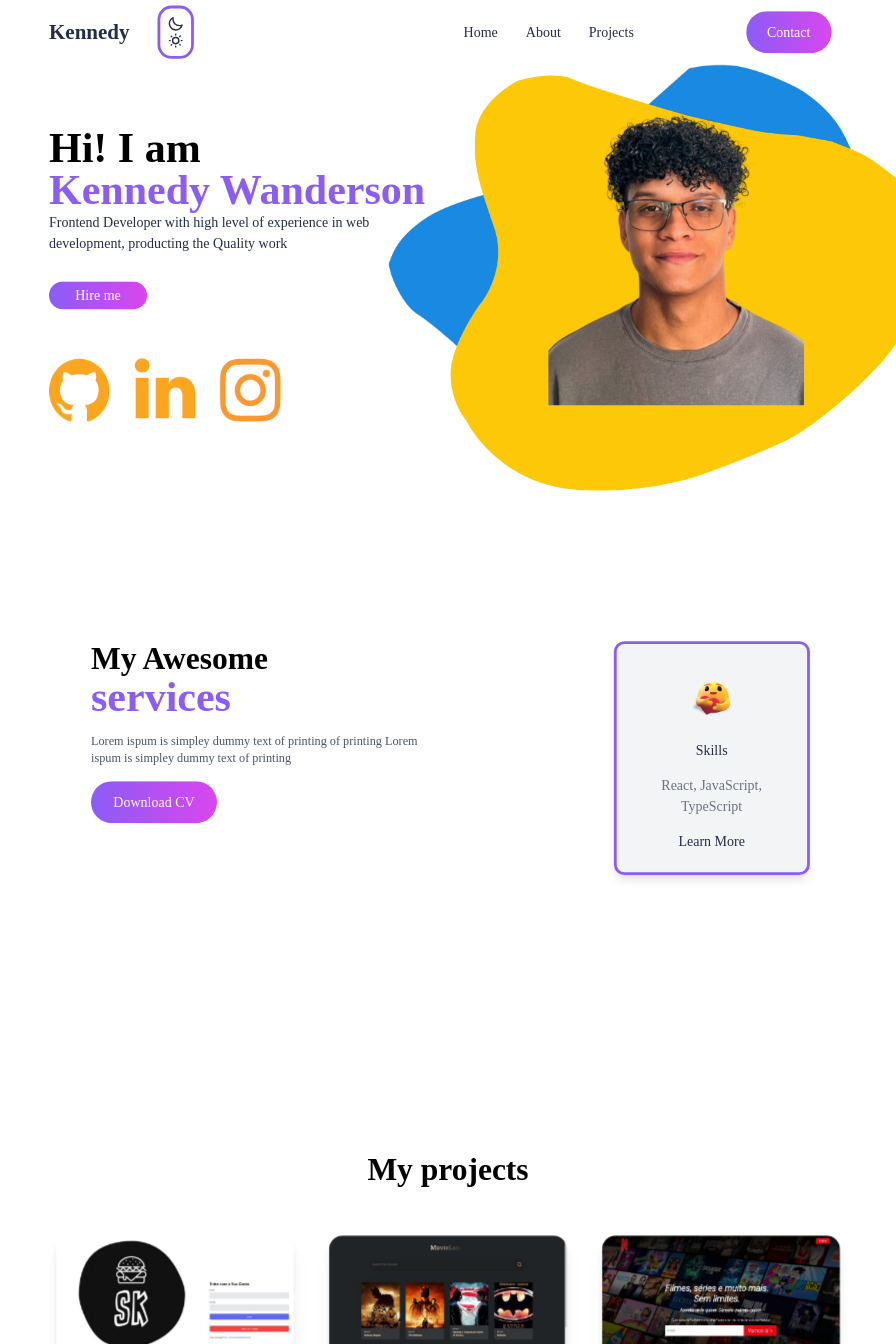
Repository: KennedyWanderson/portfolio
Page: /
An editor plug-in stored every save of this project. The page is shown before and after the next save, followed by the edit.
The browser window is 1280 px wide. The pictures show the part of the page from y = 0 to 1920 px (the page is 3202 px tall), at 70% of full size.
Some web fonts or font styles are not loaded; a fallback is used. The project was rebuilt for these pictures with package versions that can differ from the ones it lists, and the page was loaded fresh each time. Imported but missing from the stored project, and not drawn on this page: src/Components/Services/Kennedy_CV.pdf.

Above is the page before, as saved 2024-01-20 11:03:24.

### public/index.html
<!DOCTYPE html>
<html lang="en">
  <head>
    <meta charset="utf-8" />
    <link rel="icon" href="%PUBLIC_URL%/favicon.ico" />
    <meta name="viewport" content="width=device-width, initial-scale=1" />
    <meta name="theme-color" content="#000000" />
    <meta
      name="description"
      content="Web site created using create-react-app"
    />

    <style>
      @font-face{
        font-family: Gumela;
        src: url('../src/fonts/*');
      }

      *{
        font-family: 'Gumela';
        font-weight: normal;
        font-size: 20px;
      }
      body{
        margin: 0;
      }
    </style>
    <link rel="apple-touch-icon" href="%PUBLIC_URL%/logo192.png" />
    <!--
      manifest.json provides metadata used when your web app is installed on a
      user's mobile device or desktop. See https://developers.google.com/web/fundamentals/web-app-manifest/
    -->
    <link rel="manifest" href="%PUBLIC_URL%/manifest.json" />
    <!--
      Notice the use of %PUBLIC_URL% in the tags above.
      It will be replaced with the URL of the `public` folder during the build.
      Only files inside the `public` folder can be referenced from the HTML.

      Unlike "/favicon.ico" or "favicon.ico", "%PUBLIC_URL%/favicon.ico" will
      work correctly both with client-side routing and a non-root public URL.
      Learn how to configure a non-root public URL by running `npm run build`.
    -->
    <title>React App</title>
  </head>
  <body>
    <noscript>You need to enable JavaScript to run this app.</noscript>
    <div id="root"></div>
    <!--
      This HTML file is a template.
      If you open it directly in the browser, you will see an empty page.

      You can add webfonts, meta tags, or analytics to this file.
      The build step will place the bundled scripts into the <body> tag.

      To begin the development, run `npm start` or `yarn start`.
      To create a production bundle, use `npm run build` or `yarn build`.
    -->
  </body>
</html>

### src/index.css
@import 'tailwindcss/base';
@import 'tailwindcss/components';
@import 'tailwindcss/utilities';

:root
{
  --yellow: #F5C32C;
    --orange : #FCA61F;
    --black : #242D49;
    --gray : #788097;
    --blueCard : #DDF8FE;
    --purple: rgb(238 210 255);
    --boxShadow : 0px 19px 60px rgb(0 0 0 / 8%);
    --orangeCard: rgba(252, 166, 31, 0.45);
    --smboxShadow: -79px 51px 60px rgba(0, 0, 0, 0.08);
}

.App{
    overflow: hidden;
    color: var(--black);
}

### src/App.js
import logo from './logo.svg';
import './App.css';
import './index.css'
import Navbar from './Components/Navbar/Navbar';
import About from './Components/About/About';
import Services from './Components/Services/Services';
import Portfolio from './Components/Portfolio/Portfolio';
import Contact from './Components/Contact/Contact';
import Footer from './Components/Footer/Footer';

function App() {
  return (
    <>
    <div className="App">
      <Navbar />
      <About />
      <Services />
      <Portfolio />
      <Contact />
    </div>
      <Footer />

    </>
  );
}

export default App;

### src/App.css
@import 'tailwindcss/base';
@import 'tailwindcss/components';
@import 'tailwindcss/utilities';

:root
{
  --yellow: #F5C32C;
    --orange : #FCA61F;
    --black : #242D49;
    --gray : #788097;
    --blueCard : #DDF8FE;
    --purple: rgb(238 210 255);
    --boxShadow : 0px 19px 60px rgb(0 0 0 / 8%);
    --orangeCard: rgba(252, 166, 31, 0.45);
    --smboxShadow: -79px 51px 60px rgba(0, 0, 0, 0.08);
}

.App{
    padding: 0.5rem 3.5rem;
    overflow: hidden;
    color: var(--black);
}

.button{
  border-radius: 34px;
  border: none;
  color: white;
  font-size: 16px;
  padding: 10px;
}

### src/Components/Navbar/Navbar.jsx
import React from "react";
import Toggle from "../Toggle/Toggle";

const Navbar = () => {
    return(             //h-screen
        <div className="h-[10vh] flex justify-between">
            <div className="flex-1 flex items-center gap-8">
                <div className="text-2xl font-bold">Kennedy</div>
                <Toggle />
            </div>
            <div className="flex flex-1 items-center justify-center font-normal">
                <div className="flex-grow-10">
                    <ul className="flex gap-8 mr-32 hover:cursor-grab">
                        <li className="hover:text-orange-500">Home</li>
                        <li className="hover:text-orange-500">About</li>
                        <li className="hover:text-orange-500">Projects</li>
                    </ul>
                </div>
                <button className=" rounded-3xl	border-none	text-white text-base pt-3 p-3 pr-6 pl-6 bg-gradient-to-r from-violet-500 to-fuchsia-500
                hover:cursor-grab bg-white hover:text-orange-500
                ">Contact</button>
            </div>
        </div>
    )
}

export default Navbar;

### src/Components/About/About.jsx
import React from "react";
import Github from '../../img/github.png'
import Instagram from '../../img/instagram.png'
import Linkedin from '../../img/linkedin.png'
import Profile from '../../img/eu.png'
import './About.css'
import Vector1 from '../../img/Vector1.png'
import Vector2 from '../../img/Vector2.png'



const About = () => {
    return (
        <div className="flex h-[77vh] my-20">
            <div className="flex flex-col relative flex-1 gap-8">
                <div className="flex flex-col">
                    <span className="text-black font-bold text-5xl">Hi! I am</span>
                    <span className="text-violet-500 font-bold text-5xl">Kennedy Wanderson</span>
                    <span>Frontend Developer with high level of experience
                        in web development, producting the Quality work                   </span>
                </div>
                <button className="rounded-3xl	border-none	text-white text-base pt-3 p-3 pr-6 pl-6 bg-gradient-to-r from-violet-500 to-fuchsia-500
                hover:cursor-grab bg-white hover:text-orange-500 w-28 h-8 flex justify-center items-center">Hire me</button>
                <div className="mt-6 flex gap-7 hover:cursor-grab">
                    <a href="https://github.com/KennedyWanderson">
                        <img src={Github} alt="" />
                    </a>
                    <a href="https://www.linkedin.com/in/kennedy-wanderson/">
                        <img src={Linkedin} alt="" />
                    </a>
                    <a href="https://www.instagram.com/_dev.kennedy/">
                        <img src={Instagram} alt="" />
                    </a>
                </div>
            </div>
            <div className="i-right">
                <img src={Vector1} alt="" />
                <img src={Vector2} alt="" />
                <img src={Profile} alt="" />
            </div>
        </div>
    )
}

export default About;

### src/Components/Services/Services.jsx
import React from "react";
import HeartEmoji from '../../img/heartemoji.png'
import Glasses from '../../img/glassesimoji.png'
import Humble from '../../img/humble.png'
import Card from "../Card/Card";
import Resume from './Kennedy_CV.pdf'

const Services = () => {
    return (
        <div className="pt-0 pb-12 pr-3 pl-12 flex h-[90vh]  mt-36">
            <div className="flex flex-col relative">
                <span className="text-black text-4xl font-bold">My Awesome</span>
                <span className="text-violet-500 font-bold text-5xl">services</span>
                <spane className="text-gray-600 text-sm mt-4">Lorem ispum is simpley dummy text of printing of printing Lorem

                    <br />
                    ispum is simpley dummy text of printing
                </spane>
                <a href={Resume} download>
                    <button className="rounded-3xl	border-none	text-white text-base pt-3 p-3 pr-6 pl-6 bg-gradient-to-r from-violet-500 to-fuchsia-500
                    hover:cursor-grab bg-white hover:text-orange-500 w-36 mt-4">Download CV</button>
                </a>
            </div>
            <div className="relative">
                <div className="left-56 absolute">
                    <Card
                        emoji={HeartEmoji}
                        heading={'Skills'}
                        detail={'React, JavaScript, TypeScript'}
                    />
                </div>
            </div>
        </div>
    )
}

export default Services;

### src/Components/Portfolio/Portfolio.jsx
import React from "react";
import {Swiper, SwiperSlide} from 'swiper/react'
import 'swiper/css'
import Admin from '../../img/admin.jpeg'
import Movie from '../../img/movie.jpeg'
import Netflix from '../../img/netflix.jpeg'

const Portfolio = () => {
    return(
        <div className="flex flex-col items-center justify-center h-[70vh]">
            <span className="text-black font-bold text-4xl">My projects</span>


            <Swiper spaceBetween={30}
            slidesPerView={3}
            grabCursor={true}
            className="overflow-visible w-full mt-12">
                <SwiperSlide className="w-80 p-2">
                    <img className="w-72 drop-shadow-xl rounded-2xl"  src={Admin} alt="" />
                </SwiperSlide>
                <SwiperSlide className="w-80 p-2">
                    <img className="w-72 drop-shadow-xl rounded-2xl" src={Movie} alt="" />
                </SwiperSlide>
                <SwiperSlide className="w-80 p-2">
                    <img className="w-72 drop-shadow-xl rounded-2xl"  src={Netflix} alt="" />
                </SwiperSlide>
                <SwiperSlide className="w-80 p-2">
                    <img className="w-72 drop-shadow-xl rounded-2xl" src={Movie} alt="" />
                </SwiperSlide>
            </Swiper>
        </div>
    )
}

export default Portfolio;

### src/Components/Contact/Contact.jsx
import React, { useState } from "react";
import { useRef } from 'react';
import emailjs from '@emailjs/browser';

const Contact = () => {

  const form = useRef();

  const [done, setDone] = useState(false)

  const sendEmail = (e) => {
    e.preventDefault();

    emailjs.sendForm('service_nloztkk', 'template_w0nf8e5', form.current, 'l4pVECB3jFJ-edbZo')
      .then((result) => {
          console.log(result.text);
          setDone(true)
      }, (error) => {
          console.log(error.text);
      });
  };

    return(
        <div className="pt-0 pr-12 pb-0 pl-12 mt-16 flex h-[80vh]">
            <div>
                <div className="flex flex-col">
                    <span className="text-black font-bold text-4xl">Get in touch</span>
                    <span className="text-violet-500 font-bold text-5xl">Contact me</span>
                </div>
            </div>

            <div className="flex justify-center relative flex-1">
                <form ref={form} onSubmit={sendEmail} className="flex flex-col gap-8 items-center" action="">
                    <input type="text" name="user_name" className=" w-80 h-8 p-2 outline-none border-2 border-violet-500 rounded-lg text-base" placeholder="Name" />
                    <input type="email" name="user_email" className="w-80 h-8 p-2 outline-none border-2 border-violet-500 rounded-lg text-base" placeholder="Email" />
                    <textarea  name="message" className="h-16 w-80 p-2 outline-none border-2 border-violet-500 rounded-lg text-base" placeholder="Message" />
                    <input type="submit" value="Send" className="rounded-3xl border-none text-white text-base pt-3 p-3 pr-6 pl-6 bg-gradient-to-r from-violet-500 to-fuchsia-500
                    hover:cursor-grab bg-white hover:text-orange-500 w-32 mt-4" />
                    <span className="text-green-500 font-bold text-xl">{done && "Thanks for contacting me!"}</span>
                </form>
            </div>
        </div>
    )
}

export default Contact;

### src/Components/Footer/Footer.jsx
import React from "react";
import Wave from '../../img/wave.png'
import Insta from '@iconscout/react-unicons/icons/uil-instagram'
import Git from '@iconscout/react-unicons/icons/uil-github'
import Linkedin from '@iconscout/react-unicons/icons/uil-linkedin'

const Footer = () => {
    return(
        <div className="flex items-center mt-[-0.5rem] mb-[-3.5rem] relative">
            <img src={Wave} alt="" style={{width: '100%'}}/>
            <div className="flex flex-col items-center justify-center absolute w-full mt-16 gap-16 text-white">
                <span>devprogrammer.wiz@gmail.com</span>
                <div className="flex gap-8">
                    <Insta color='white' size='3rem' />
                    <Git color='white' size='3rem' />
                    <Linkedin color='white' size='3rem' />
                </div>
            </div>
        </div>
    )
}

export default Footer;

### src/Components/Toggle/Toggle.jsx
import React from "react";
import Sun from '@iconscout/react-unicons/icons/uil-sun'
import Moon from '@iconscout/react-unicons/icons/uil-moon'

const Toggle = () => {
    return (
        <div className="flex justify-between rounded-2xl border-4 border-violet-500 relative p-2 cursor-grab
         ">
            <div>
                <Moon />
                <Sun />
            </div>
            <div>

            </div>
        </div>
    )
}

export default Toggle;

### src/Components/About/About.css
.i-right{
    flex: 1;
    position: relative;
}

.i-right>*{
    position: absolute;
    z-index: 1;
}

.i-right>:nth-child(1){
    transform: scale(1.2);
    left: -5%;
    top: -9%;
}
    .i-right>:nth-child(2){
        top: -4.6%;
        transform: scale(1.2);
        left: 3rem;
    }
    .i-right>:nth-child(3){
    transform: scale(1.1);
    left: 28%;
}

### src/Components/Card/Card.jsx
import React from "react";
import '../../App.css'

const Card = ({emoji, heading, detail}) =>{
    return(
        <div className=" w-56 absolute flex flex-col gap-4 items-center w-40 text-center bg-gray-100
        rounded-xl border-4 border-violet-500 shadow-lg pt-0 pr-7 pb-6 pl-7">
            <img className="scale-50 mb-[-2rem]" src={emoji} alt="" />
            <span>{heading}</span>
            <span className="text-gray-500 text-base">{detail}</span>
            <button>Learn More</button>
        </div>
    )
}

export default Card;

Loaded but not shown: src/index.js (common file); src/reportWebVitals.js (common file); tailwind.config.js (common file)

After the next save:
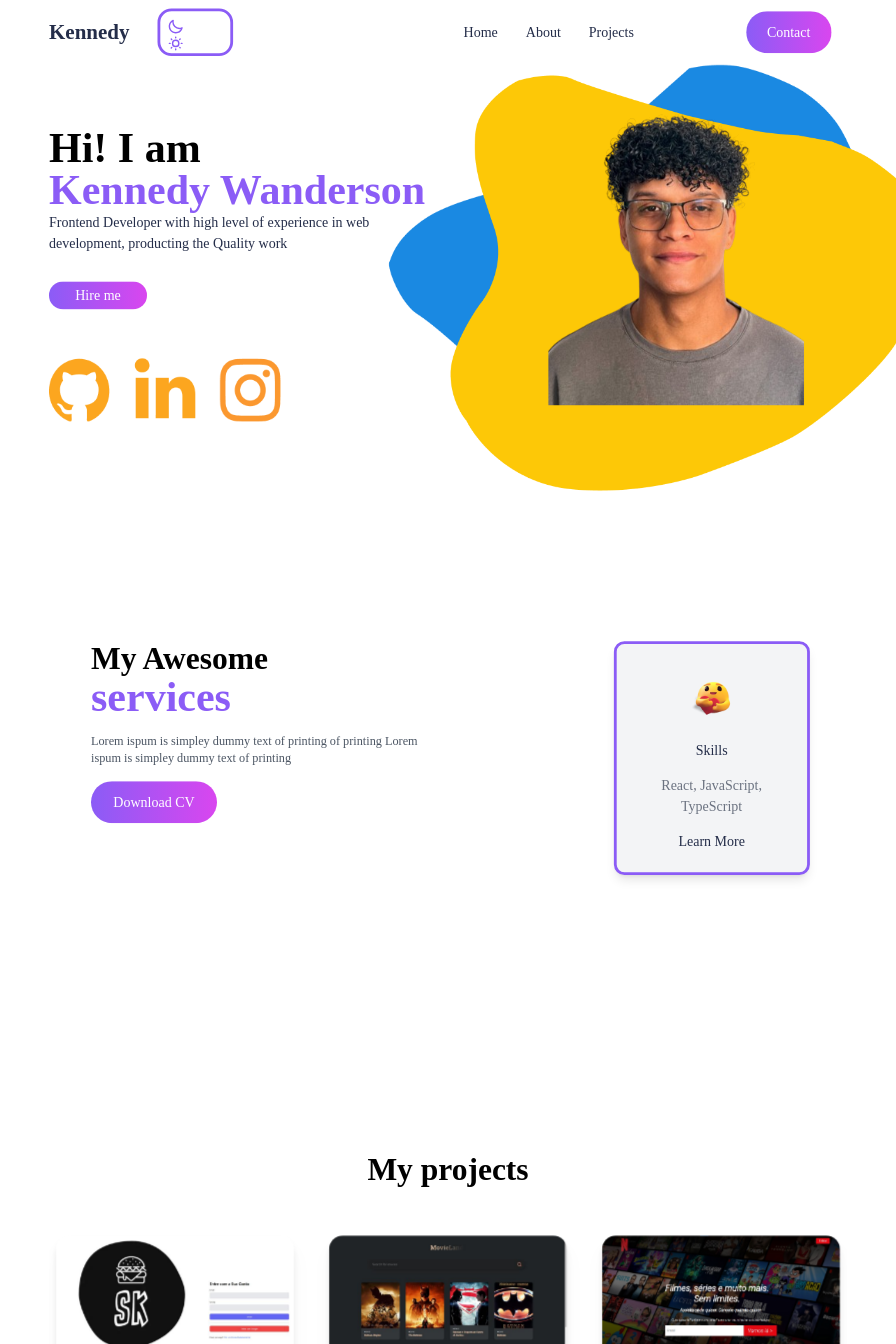
Saved 4 s later.
--- a/src/Components/Toggle/Toggle.jsx
+++ b/src/Components/Toggle/Toggle.jsx
@@ -6,7 +6,7 @@ const Toggle = () => {
     return (
         <div className="flex justify-between rounded-2xl border-4 border-violet-500 relative p-2 cursor-grab
          ">
-            <div>
+            <div className="w-16 h-8 text-violet-500">
                 <Moon />
                 <Sun />
             </div>
